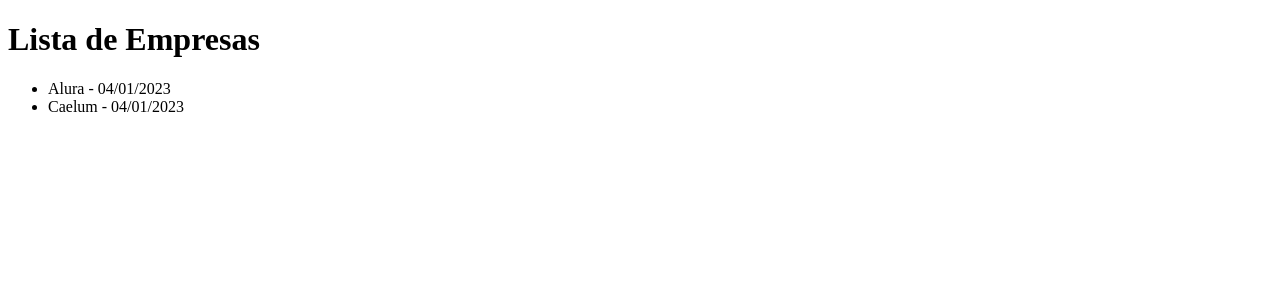
Repository: DerickLFAndrade/Aplicacao_Java_Web_Servlet_TomCat
Page: http://localhost/gerenciador/listaEmpresaServlet
An editor plug-in stored every save of this project. The page is shown before and after the next save, followed by the edit.
The browser window is 1280 px wide. The pictures show the whole page.
The page is served by Tomcat 9.

Above is the page before, as saved 2023-01-07 19:26:18.

After the next save:
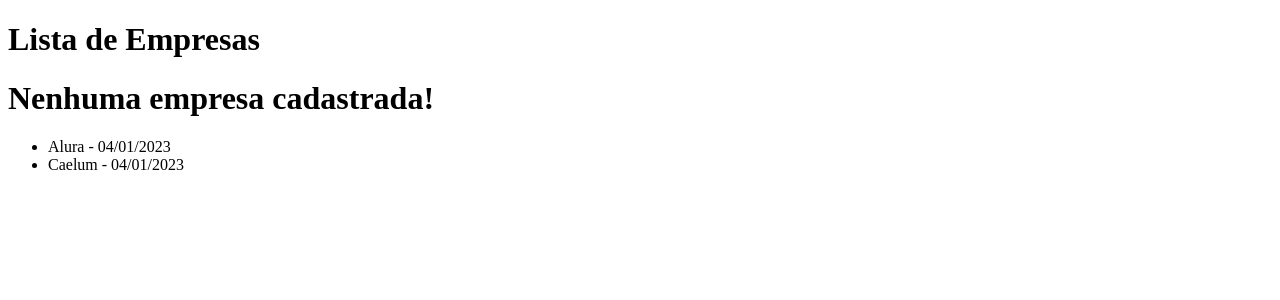
Saved 52 s later.
--- a/gerenciador/WebContent/listaEmpresas.jsp
+++ b/gerenciador/WebContent/listaEmpresas.jsp
@@ -15,6 +15,14 @@
 <body>
 <h1>Lista de Empresas</h1>
 
+<c:if test="${not empty empresa}">
+		<h1>Cadastrando nova empresa ${empresa}</h1>
+	</c:if>
+
+	<c:if test="${empty empresa}">
+		<h1>Nenhuma empresa cadastrada!</h1>
+	</c:if>
+
 	<ul>
 		<c:forEach items="${empresas}" var="empresa">
 			<li>${empresa.nome} - <fmt:formatDate value="${empresa.dataAbertura}" pattern="dd/MM/yyyy"/></li>
